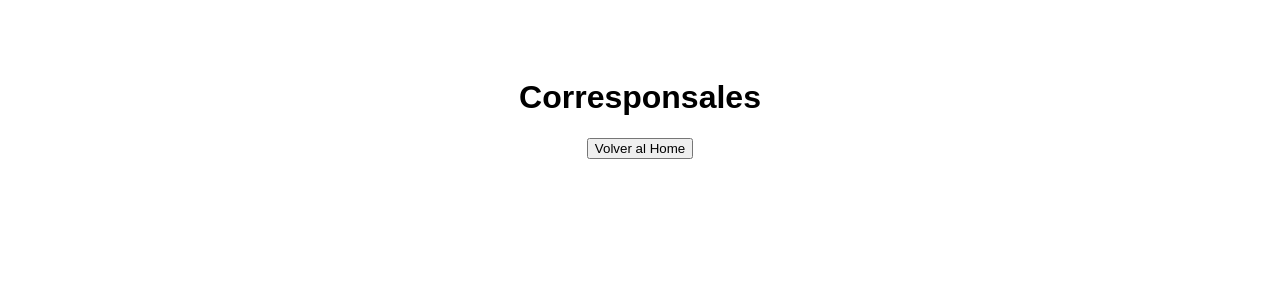
Repository: dalcava/Prototipos-Oficinas-del-futuro
Page: corresponsales.html
An editor plug-in stored every save of this project. The page is shown before and after the next save, followed by the edit.
The browser window is 1280 px wide. The pictures show the whole page.

Above is the page before, as saved 2026-02-12 15:38:13.

### corresponsales.html
<!doctype html>
<html lang="es">
<head>
  <meta charset="utf-8" />
  <meta name="viewport" content="width=device-width, initial-scale=1" />
  <title>Corresponsales</title>
</head>
<body style="font-family: Arial; text-align:center; padding-top:50px;">

  <h1>Corresponsales</h1>

  <button onclick="window.location.href='index.html'">
    Volver al Home
  </button>

</body>
</html>

After the next save:
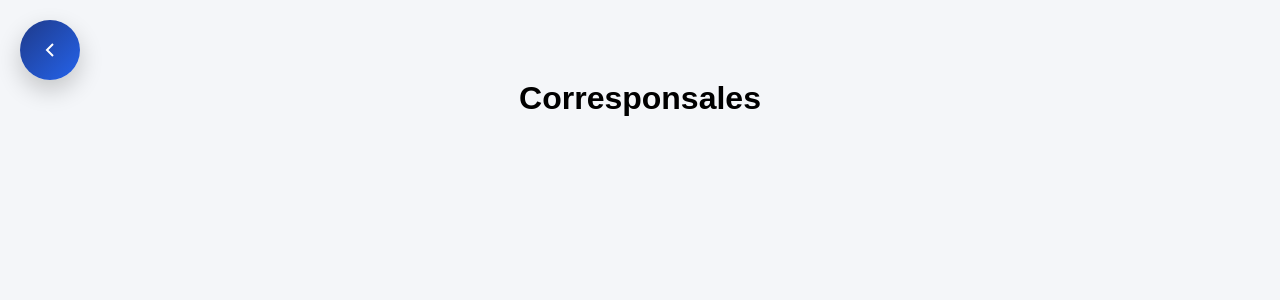
Saved 72 s later.
--- a/corresponsales.html
+++ b/corresponsales.html
@@ -1,17 +1,98 @@
 <!doctype html>
 <html lang="es">
 <head>
-  <meta charset="utf-8" />
-  <meta name="viewport" content="width=device-width, initial-scale=1" />
-  <title>Corresponsales</title>
+<meta charset="utf-8" />
+<meta name="viewport" content="width=device-width, initial-scale=1" />
+<title>Corresponsales</title>
+
+<style>
+  body {
+    margin: 0;
+    font-family: Arial, sans-serif;
+    background: #f4f6f9;
+  }
+
+  h1 {
+    text-align: center;
+    margin-top: 80px;
+  }
+
+  /* Contenedor del botón */
+  .back-container {
+    position: fixed;
+    top: 20px;
+    left: 20px;
+    z-index: 1000;
+  }
+
+  /* Botón circular */
+  .back-btn {
+    width: 60px;
+    height: 60px;
+    border-radius: 50%;
+    border: none;
+    cursor: pointer;
+    background: linear-gradient(135deg, #1e3a8a, #2563eb);
+    box-shadow: 0 10px 25px rgba(0, 0, 0, 0.2);
+    display: flex;
+    align-items: center;
+    justify-content: center;
+    transition: all 0.25s ease;
+  }
+
+  .back-btn:hover {
+    transform: translateY(-4px);
+    box-shadow: 0 15px 30px rgba(0, 0, 0, 0.25);
+  }
+
+  .back-btn svg {
+    width: 24px;
+    height: 24px;
+    stroke: white;
+    stroke-width: 2;
+    fill: none;
+  }
+
+  /* Tooltip */
+  .tooltip {
+    margin-top: 10px;
+    background: #0f172a;
+    color: white;
+    padding: 6px 12px;
+    border-radius: 8px;
+    font-size: 14px;
+    opacity: 0;
+    transform: translateY(-5px);
+    transition: all 0.2s ease;
+    white-space: nowrap;
+  }
+
+  .back-container:hover .tooltip {
+    opacity: 1;
+    transform: translateY(0);
+  }
+
+</style>
 </head>
-<body style="font-family: Arial; text-align:center; padding-top:50px;">
 
-  <h1>Corresponsales</h1>
+<body>
 
-  <button onclick="window.location.href='index.html'">
-    Volver al Home
+<div class="back-container">
+  <button class="back-btn" onclick="volver()">
+    <svg viewBox="0 0 24 24">
+      <path d="M15 18l-6-6 6-6"/>
+    </svg>
   </button>
+  <div class="tooltip">Volver al home</div>
+</div>
+
+<h1>Corresponsales</h1>
+
+<script>
+  function volver() {
+    window.location.href = "index.html";
+  }
+</script>
 
 </body>
 </html>
